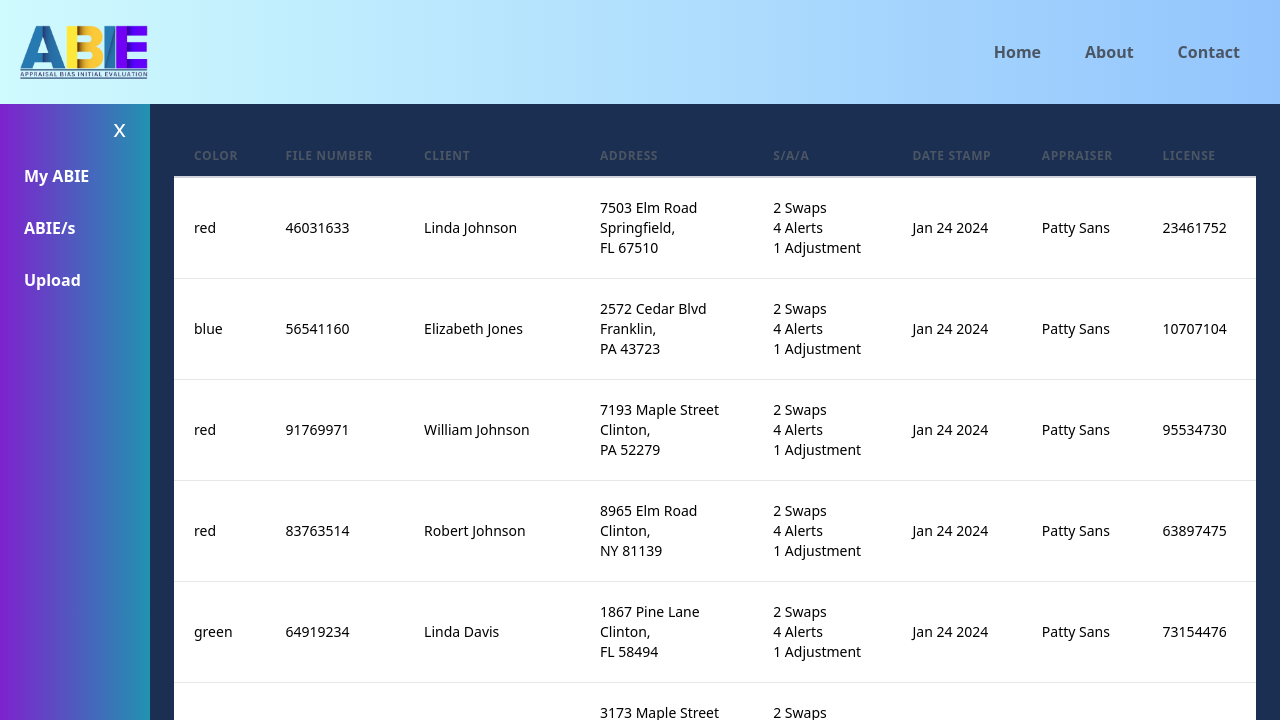
Repository: WafulaLukorito/Abie-frontend
Page: /dashboard
An editor plug-in stored every save of this project. The page is shown before and after the next save, followed by the edit.
The browser window is 1280 px wide. The pictures show the whole page.
An inner scrolling area shows only its first screen. The project was rebuilt for these pictures with package versions that can differ from the ones it lists, and the page was loaded fresh each time. Also part of the build but not shown: vite.config.js, src/components/Header/Button.jsx, src/components/Header/Links.jsx, src/components/Header/index.jsx, src/pages/Home.jsx, src/pages/About.jsx.

Above is the page before, as saved 2024-01-26 18:37:15.

After the next save:
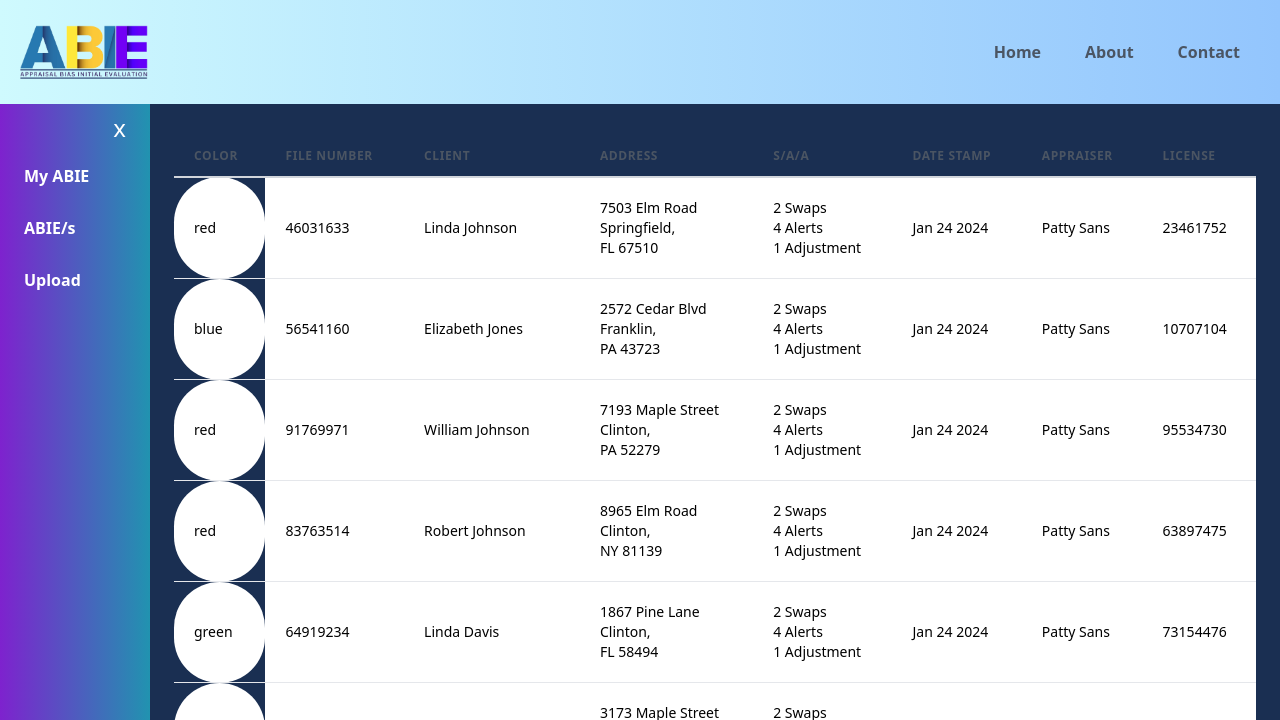
Saved 107 s later.
--- a/src/pages/Dashboard.jsx
+++ b/src/pages/Dashboard.jsx
@@ -35,7 +35,7 @@
                             <tbody>
                                 {mock.map((item, index) => (
                                     <tr key={index} className="hover:bg-gray-700">
-                                        <td className="px-5 py-5 border-b border-gray-200 bg-white text-sm">{item.color}</td>
+                                        <td className="px-5 py-5 border-b border-gray-200 bg-white text-sm bg-green-500 rounded-full">{item.color}</td>
                                         <td className="px-5 py-5 border-b border-gray-200 bg-white text-sm">{item.file_num}</td>
                                         <td className="px-5 py-5 border-b border-gray-200 bg-white text-sm">{item.client}</td>
                                         <td className="px-5 py-5 border-b border-gray-200 bg-white text-sm">

After the 2 saves that followed:
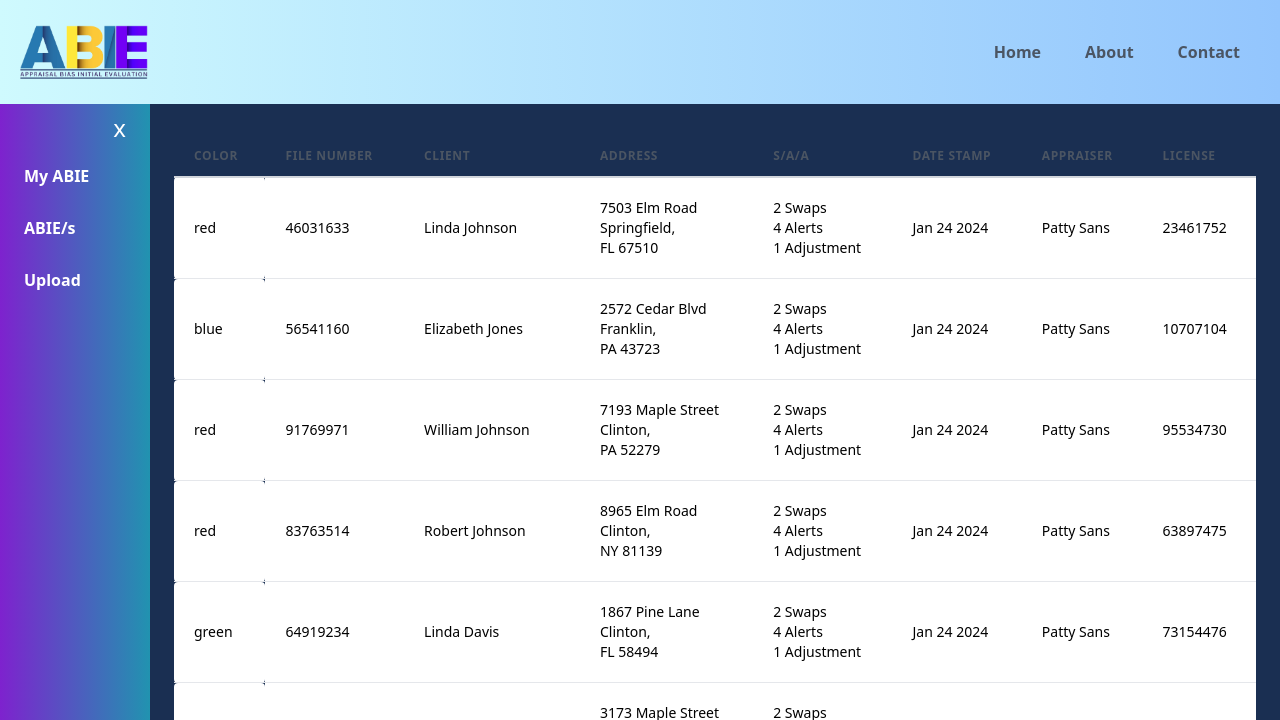
The 2 saves are shown as one change because 1 left the picture as it was.
The last was saved 2 min 9 s later.
--- a/src/pages/Dashboard.jsx
+++ b/src/pages/Dashboard.jsx
@@ -35,7 +35,7 @@
                             <tbody>
                                 {mock.map((item, index) => (
                                     <tr key={index} className="hover:bg-gray-700">
-                                        <td className="px-5 py-5 border-b border-gray-200 bg-white text-sm bg-green-500 rounded-full">{item.color}</td>
+                                        <td className="px-5 py-5 border-b border-gray-200 bg-white text-sm bg-item.color-500 rounded">{item.color}</td>
                                         <td className="px-5 py-5 border-b border-gray-200 bg-white text-sm">{item.file_num}</td>
                                         <td className="px-5 py-5 border-b border-gray-200 bg-white text-sm">{item.client}</td>
                                         <td className="px-5 py-5 border-b border-gray-200 bg-white text-sm">
